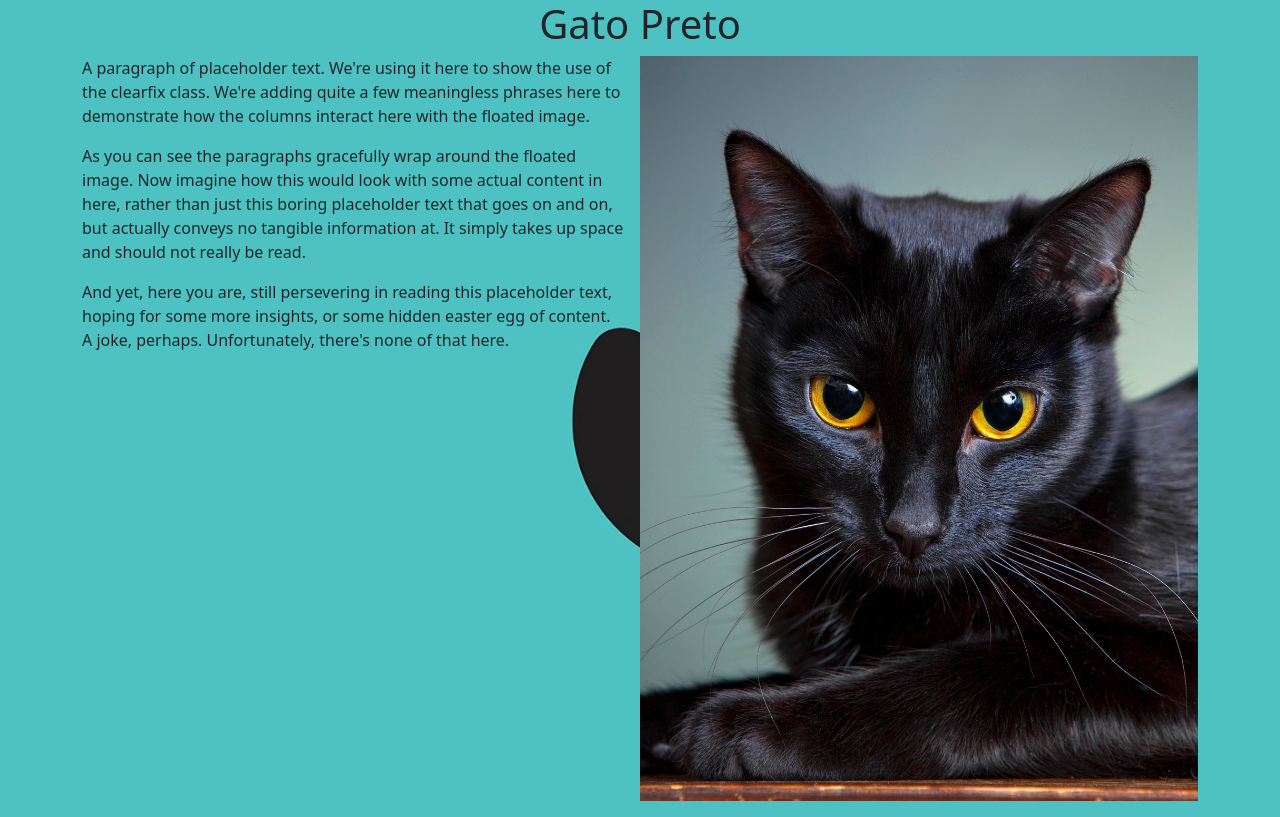
Repository: SktYzu/gatitu
Page: index.html
The author's editor kept a copy of each file at every save. The page is drawn from the files as they stood at one save, then again after the next save.
The browser window is 1280 px wide. The pictures show the whole page.

Above is the page before, as saved 2023-11-27 15:04:07.

### index.html
<!DOCTYPE html>
<html lang="pt-BR">

<head>
    <meta charset="UTF-8">
    <meta name="viewport" content="width=device-width, initial-scale=1.0">
    <link rel="stylesheet" href="https://cdn.jsdelivr.net/npm/bootstrap@5.3.2/dist/css/bootstrap.min.css">
    <script src="https://cdn.jsdelivr.net/npm/bootstrap@5.3.2/dist/js/bootstrap.bundle.min.js"
        integrity="sha384-C6RzsynM9kWDrMNeT87bh95OGNyZPhcTNXj1NW7RuBCsyN/o0jlpcV8Qyq46cDfL"
        crossorigin="anonymous"></script>
    <title>Teste</title>
    <style>
        body {
            background-image: url('cat.jpg');
            background-size: cover;
        }
    </style>
</head>

<body>

    <h1 class="container text-center">Gato Preto</h1>
    <div class="container">

        <div class="clearfix">
            <img src="preto.jpg" class="col-md-6 float-md-end mb-3 ms-md-3" alt="..." width="30%" height="">

            <p>
                A paragraph of placeholder text. We're using it here to show the use of the clearfix class. We're adding
                quite a few meaningless phrases here to demonstrate how the columns interact here with the floated
                image.
            </p>

            <p>
                As you can see the paragraphs gracefully wrap around the floated image. Now imagine how this would look
                with
                some actual content in here, rather than just this boring placeholder text that goes on and on, but
                actually
                conveys no tangible information at. It simply takes up space and should not really be read.
            </p>

            <p>
                And yet, here you are, still persevering in reading this placeholder text, hoping for some more
                insights, or
                some hidden easter egg of content. A joke, perhaps. Unfortunately, there's none of that here.
            </p>
        </div>
    </div>


</body>

</html>

After the next save:
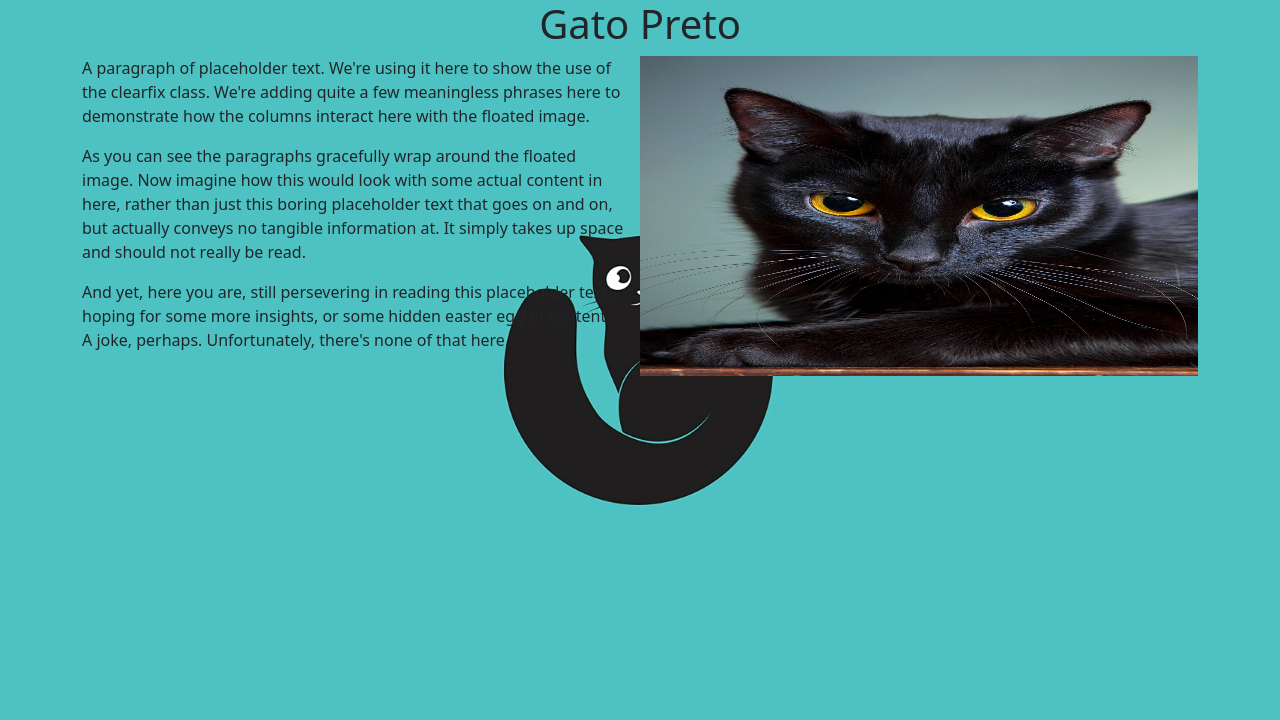
Saved 4 s later.
--- a/index.html
+++ b/index.html
@@ -23,7 +23,7 @@
     <div class="container">
 
         <div class="clearfix">
-            <img src="preto.jpg" class="col-md-6 float-md-end mb-3 ms-md-3" alt="..." width="30%" height="">
+            <img src="preto.jpg" class="col-md-6 float-md-end mb-3 ms-md-3" alt="..." width="30%" height="320px">
 
             <p>
                 A paragraph of placeholder text. We're using it here to show the use of the clearfix class. We're adding
